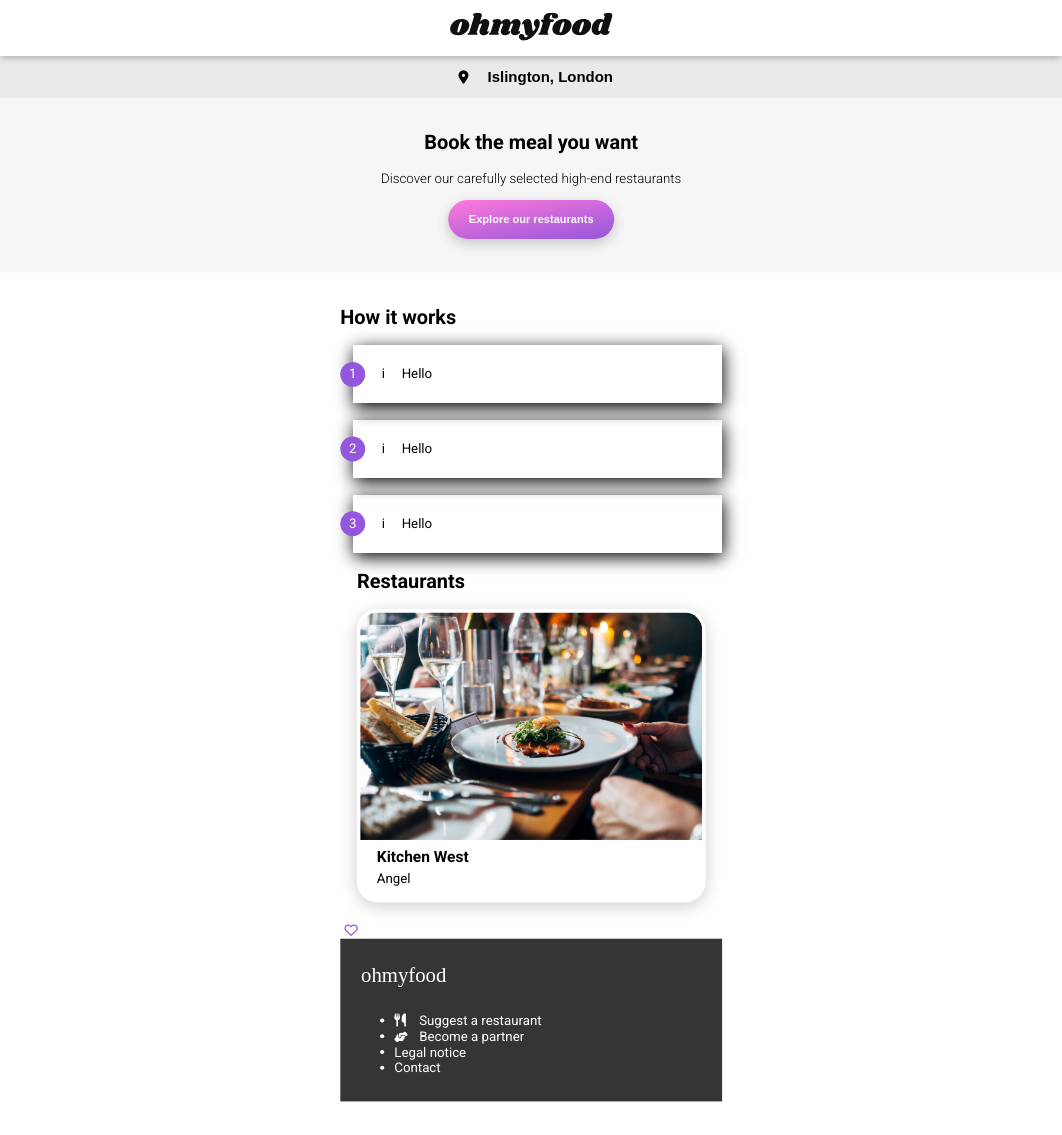
Repository: R1ptou/Project-3
Page: index.html
An editor plug-in stored every save of this project. The page is shown before and after the next save, followed by the edit.
The browser window is 1280 px wide. The pictures show the whole page, at 83% of full size.
Some web fonts or font styles are not loaded; a fallback is used. The style sheet was rebuilt from its Sass, Less or Tailwind sources for each picture, by a compiler version that may differ from the author's.

Above is the page before, as saved 2024-03-25 11:28:50.

### index.html
<!DOCTYPE html>
<html lang="en">
<head>
    <meta charset="UTF-8">
    <meta name="viewport" content="width=device-width, initial-scale=1.0">
    <title>ohmyfood</title>
    <link rel="preconnect" href="https://fonts.googleapis.com">
    <link rel="preconnect" href="https://fonts.googleapis.com">
    <link rel="preconnect" href="https://fonts.gstatic.com" crossorigin>
    <link href="https://fonts.googleapis.com/css2?family=Roboto:wght@300;400;700&family=Shrikhand&display=swap" rel="stylesheet">
    <link rel="stylesheet" href="https://cdnjs.cloudflare.com/ajax/libs/font-awesome/6.2.1/css/all.min.css"
        integrity="sha512-MV7K8+y+gLIBoVD59lQIYicR65iaqukzvf/nwasF0nqhPay5w/9lJmVM2hMDcnK1OnMGCdVK+iQrJ7lzPJQd1w=="
        crossorigin="anonymous" referrerpolicy="no-referrer">
    <link rel="stylesheet" href="./css/style.css">
</head>
<body>
<!-- Nav -->
    <nav class="navbar"> <!-- Logo -->
        <div class="container text-center">
            <img class="logo" src="./Images%20and%20text%20Ohmyfood/images/logo/ohmyfood@2x.svg" alt="ohmyfood logo" >
        </div>
    </nav>
    <form class="search-bar"> <!-- Search bar -->
        <div class="container text-center">
            <div class="icon-search"><i class="text-black fa-solid fa-location-dot"></i></div>
            <input class="input-search" value="Islington, London" type="text">
         </div>
    </form>

    <main>
        <section class="section bg-dark"> <!-- Headline -->
            <div class="container text-center">
                <h2 class="headline">Book the meal you want</h2>
                <p class="sub-headline">Discover our carefully selected high-end restaurants</p>
                <button type="submit" class="button-search">Explore our restaurants</button> <!-- Submit button -->
             </div>
        </section>

<!-- How it works -->
        <section class="section container">
            <h2 class="headline">How it works</h2>
            <ol class="list-group">
                <li class="list-group__item">
                    <span class="list-group__icon">i</span>
                    <span class="list-group__title">Hello</span>
                </li>
                <li class="list-group__item">
                    <span class="list-group__icon">i</span>
                    <span class="list-group__title">Hello</span>
                </li>
                <li class="list-group__item">
                    <span class="list-group__icon">i</span>
                    <span class="list-group__title">Hello</span>
                </li>
            </ol>

<!-- Restaurants -->
        <section class="container">
            <h2>Restaurants</h2>

            <a href="#" class="card-rest">
                <img class="card-img" src="./Images%20and%20text%20Ohmyfood/images/restaurants/jay-wennington-N_Y88TWmGwA-unsplash.jpg" alt="">
                      <div class="card-content">
                        <h3 class="card-title">Kitchen West</h3>
                        <p class="card-subtitle">Angel</p>
                      </div>
            </a>
            <div class="heart">
                <span class="fa-solid fa-heart heart-icon heart-full"></span>
                <span class="fa-regular fa-heart heart-icon heart-empty"></span>

            </div>

        </section>

<!-- Header -->
<!-- Footer -->
<footer class="footer container">
    <div class="logo"> <!-- Logo -->
        <a href class="#top footer-logo" title="Back to top of the page" alt="Back to top of the page">ohmyfood</a>
     </div>
     <ul class="list">
        <li><a href="#"><span class="fa-solid fa-utensils footer-ico"></span>Suggest a restaurant</a></li>
        <li><a href="#"><i class="fa-solid fa-handshake-angle footer-ico ico-resize"></i>Become a partner</a></li>
        <li><a href="#">Legal notice</a></li>
        <li><a href="mailto:project3@ohmyfood.com" title="Email Us" alt="Email Us">Contact</a></li>
      </ul>
  </footer>
    </main>
</body>
</html>

### scss/style.scss
/****** General ***********/

@import "variables";
@import "base";
@import "list-group";
@import "card";
@import "button";

.container {
    max-width: 500px;
    margin: auto;
    padding-left: 20px;
    padding-right: 20px;
}

.text-center {
    text-align: center;
}

.bg-dark {
    background-color: $senary-color;
}

.section {
    padding-top: 40px;
    padding-bottom: 40px;
}

/****** Nav ***********/
.navbar {
    box-shadow: 0 0 10px 0 rgba($color: #000000, $alpha: .5);
    position: relative;
}

/****** Logo ***********/

.logo {
    padding: 15px 0;
}
/****** Search bar ***********/

.search-bar {
    background-color: $septenary-color;
}

.icon-search {
    display: inline-flex;
    justify-content: center;
    align-items: center;
    width: 50px;
    height: 50px;
    flex-shrink: 0;
}

.input-search {
    border-width: 0;
    border-style: none;
    width: 159px;
    padding: 0;
    font-weight: bold;
    font-size: 18px;
    background-color: $septenary-color;
    caret-color: $tertiary-color;
}
.input-search:focus {
    outline: none;
}

/****** Headline ***********/
.headline {
    margin-top: 0;
}

.sub-headline {
    font-weight: 300;
}

/****** How it works ***********/

ol {
    counter-reset: section;
}

li::before {
    counter-increment: section;
}

.numbered {
    clear: both;
    list-style: none;
    padding-left: 2%;
  }

.numbered li {
    margin: 0;
    padding-top: 0;
    display: block;
    position: relative;
    counter-increment: inst;
    overflow: hidden;
}

.numbered li::before {
    content: counter(inst);
    position: absolute;
    margin: 0 0 0 -15px;
    background: $primary-color;
    border-radius: 50%;
    border: none;
    font-size: 0.85rem;
    color: #fff;
    text-align: center;
    width: 15px;
    height: 15px;
    padding: 5px;
    flex-shrink: 0;
}
.icon-pic {
    display: relative;
    background: none;
    color: $quinary-color;
    width: 25px;
    height: 25px;
    padding: 0;
    flex-shrink: 0;
}

.icon-pic:hover {
    color: $primary-color;
}

.menu-item {
	background: white;
	border-radius: 16px;
	box-shadow: 0 4px 8px 0 rgba(0,0,0,0.2);
	position: relative;
	overflow: hidden;
	cursor: pointer;
	display: flex;

	.menu-item__price {
		display: flex;
		align-items: center;
		padding: 20px;
	}

	&:hover {
		.menu-item__checkmark {
			width: 75px;
		}
		.menu-item__checkmark-icon {
			-webkit-transform: rotate(0deg);
			transform: rotate(0deg);
		}
	}

	.menu-item__body {
		width: 100%;
		padding: 15px;
		overflow: hidden;
		display: flex;
		flex-direction: column;

		.menu-item__content, .menu-item__heading {
			margin: 0;
			font-size: 15px;
			text-overflow: ellipsis;
			overflow: hidden;
			white-space: nowrap;
		}

		.menu-item__heading{
			font-size: 17px;
		}
	}

	.menu-item__checkmark {
		width: 0;
        overflow: hidden;
		background: $senary-color;
		transition: width 1s;
		right: 0;
		top: 0;
		bottom: 0;
		flex-shrink: 0;
		display: flex;
		justify-content: center;
		align-items: center;
	}

	.menu-item__checkmark-icon {
		transform: rotate(-360deg);
		transition: transform 1s;
		color: $primary-color;;
	}
}


/****** Restaurants ***********/

.heart {
    position: relative;
    display:inline-block;
    height: 24px;
    width: 24px;
    top: 10px;
    right: 15px;
}

.heart-icon {
    position: absolute;
    display: inline-block;
    height: 24px;
    width: 24px;
    color: $primary-color;
}

.heart-empty {
    transition: opacity 1s;
    opacity: 1;
}

.heart-full {
    transition: opacity 1s;
    opacity: 0;
    background-image: $gradient;
    background-clip: text;
    -webkit-background-clip: text;
    color: transparent;
}

.heart:hover .heart-full {
    opacity: 1;
}

.heart:hover .heart-empty {
    opacity: 0;
}

/****** Starters ***********/


/****** Mains ***********/


/****** Deserts ***********/


/****** Button ***********/

.btn {
    background-color: $primary-color;
}

/****** Label ***********/


/****** Icon ***********/


/****** Footer ***********/

.footer {
    background-color: $octonary-color;
    color: #fff;
    padding: 15px 25px;
}

.footer-logo {
    color: #fff;
    font-family: $primary-serif;
    font-size: 25px;
    margin: 0;
}

.footer a {
    color: #fff;
}

.footer-ico {
    width: 30px;
}

.ico-resize {
    font-size: 13px;
}

### scss/_variables.scss
    $primary-color: #9356DC; // button, badge, icon hover
    $secondary-color: #FF79DA; // button gradient
    $tertiary-color: #99E2D0; // element hue
    $quaternary-color: #008766; // badge font
    $quinary-color: #7E7E7E; // icons
    $senary-color: #F6F6F6; // background hue (off-white)
    $septenary-color: #EAEAEA; // form field background
    $octonary-color: #353535; // footer background

    $gradient: linear-gradient(-10deg, #9356DC, #FF79DA);
    $gradient-hover: linear-gradient(120deg, #9356DC, #FF79DA);

    $primary-sans-serif: "Roboto", sans-serif;
    $primary-serif: "Shrikhand", serif;

### scss/_base.scss
body {
    margin: 0;
    padding: 0;
    color: #000;
    font-family: $primary-sans-serif;
    }

::selection {
    color: #000;
    background: $tertiary-color;
    }

a {
    text-decoration: none;
    }

a, a:visited {
    color: inherit;
    }

a:hover, a:focus {
    color: $tertiary-color;
}

* {
    box-sizing: border-box;
    -moz-box-sizing: border-box;
    -webkit-box-sizing: border-box;
    }

*:focus {
    outline: $tertiary-color solid 2px;
}

*:visited {}

html {
    scroll-behavior: smooth;
  }

a[title]:hover::after {
    opacity: 1;
    transition: all 0.1s ease 0.3s;
    visibility: visible;
}

a[title]:after {
    content: attr(title);
    color: $tertiary-color;
    position: absolute;
    top: 10px;
    left: 105%;
    z-index: 100;
    white-space: nowrap;
    border: solid 1px;
    padding: 5px;
    font-family: $primary-sans-serif;
    font-size: 0.7rem;
    opacity: 0;
    visibility: hidden;
}
[title] {
    position: relative;
}

### scss/_list-group.scss
.list-group {
	list-style: none;
	padding: 0;
	display: flex;
	flex-direction: column;
	gap: 20px;
	counter-reset: my-counter;

	// Element pattern "BLOCK-NAME__ELEMENT-NAME"
	.list-group__item {
		margin-left: 15px; // offset number margin
		padding: 20px 20px 20px 0;
		display: flex;
		align-items: center;
		gap: 20px;
		box-shadow: 1px 5px 20px;
		counter-increment: my-counter;

		&:before {
			content: counter(my-counter); // custom counter
			height: 30px;
			width: 30px;
			background-color: $primary-color;
			border-radius: 50%;
			display: flex;
			justify-content: center;
			align-items: center;
			color: #fff;
			margin-left: -15px; // inset number
		}
    }

	// Element
	.list-group__number {
		background-color: blue;
		height: 25px;
		width: 25px;
		display: flex;
		justify-content: center;
		align-items: center;
		border-radius: 50%;
		color: white;
		margin-left: -10px
	}
 }

### scss/_card.scss
.card-group {
    display: flex;
    flex-wrap: wrap;
    padding: 16px 25px;
}

.card {
    display: flex;
    flex-direction: row;
    padding: 16px 25px;
    background: #fff;
    border-radius: 25px;
    box-shadow: 1px 3px 6px 0px rgba(0, 0, 255, .2);
    font: 0.9rem "Roboto", sans-serif;
    color: #000;
}

/****** Restaurants ***********/



.card-rest {
    margin-bottom: 1rem;
    display: flex;
    flex-direction: column;
    background-color: var(#F6F6F6);
    box-shadow: 0 5px 20px rgba(0,0,0,0.2);
    border-radius: 25px;
    overflow: hidden;
    border: 4px solid #fff;
}

.card-img {
    object-fit: cover;
    width: 100%;
}

.card-content {
    padding: 10px 20px;
}

.card-title {
    margin: 0;
}

.card-subtitle {
    margin: 5px 0;
}

### scss/_button.scss
/****** Submit button ***********/


.button-search{
    padding: 16px 25px;
    color: #fff;
    font-weight: bold;
    background: $gradient;
    border-radius: 25px;
    border: none;
    justify-content: center;
    box-shadow: 0 5px 15px 0 rgba($color: #000000, $alpha: 0.2);
    transition: all 0.5s ease-out;
    cursor: pointer;
}

.button-search:hover,
.button-search:focus {
    filter: brightness(105%);
    box-shadow: 0 5px 15px 0 rgba($color: #000000, $alpha: 0.8);
}

After the next save:
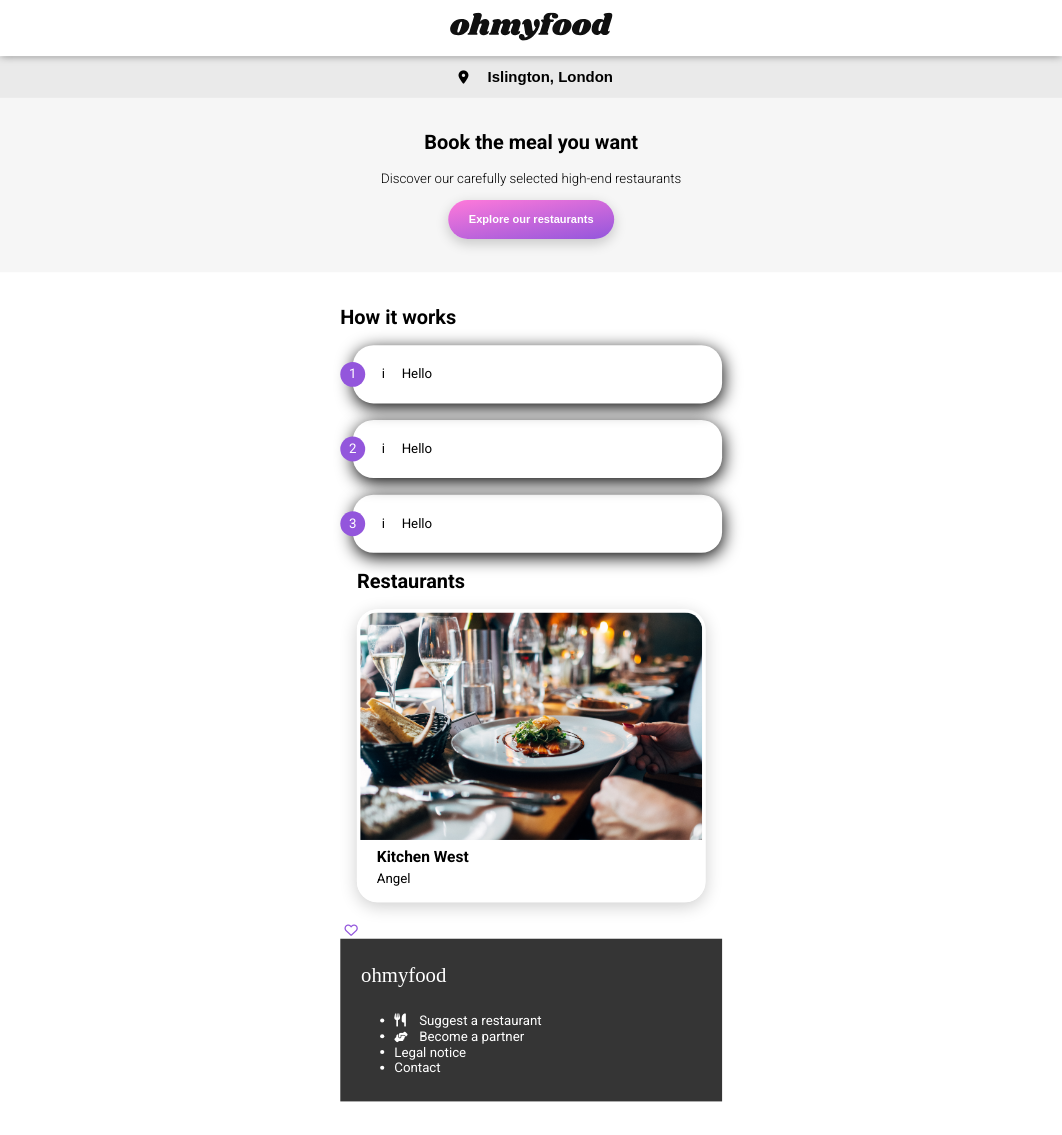
Saved 2 min 6 s later.
--- a/scss/_list-group.scss
+++ b/scss/_list-group.scss
@@ -15,6 +15,7 @@
 		gap: 20px;
 		box-shadow: 1px 5px 20px;
 		counter-increment: my-counter;
+        border-radius: 25px;
 
 		&:before {
 			content: counter(my-counter); // custom counter
